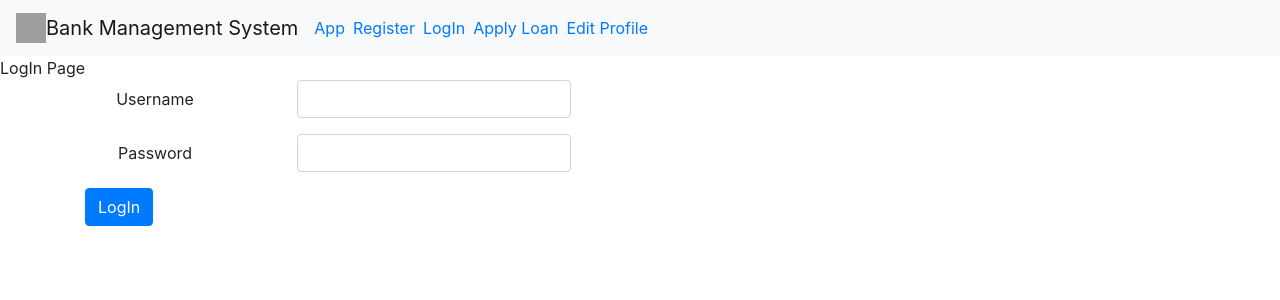
Repository: Nilkumar-Sharma/Bank-Management-System-Frontend-React
Page: /login
An editor plug-in stored every save of this project. The page is shown before and after the next save, followed by the edit.
The browser window is 1280 px wide. The pictures show the whole page.
Pictures or frames that could not be fetched are drawn as grey boxes. The project was rebuilt for these pictures with package versions that can differ from the ones it lists, and the page was loaded fresh each time. Also part of the build but not shown: src/App.css, src/Counter/Counter.js, src/App.js, src/components/Register/Register.module.scss, src/components/Register/Register.js, src/components/LogIn/LogIn.module.scss, src/components/Loan/Loan.module.scss, src/components/Loan/Loan.js and 1 more.

Above is the page before, as saved 2020-07-28 13:47:52.

After the next save:
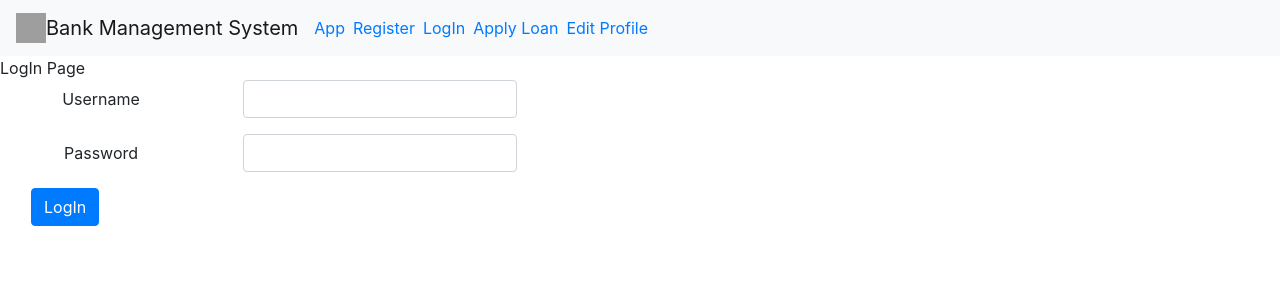
Saved 13 s later.
--- a/src/components/LogIn/LogIn.js
+++ b/src/components/LogIn/LogIn.js
@@ -17,7 +17,7 @@
     render() {
         return (<div>
             LogIn Page
-            <div className="container auto-margin">
+            <div className="container ml-3">
                 {/* <InputField Label="Name"></InputField> */}
                 <InputField Label="Username"></InputField>
                 <InputField Label="Password"></InputField>

After the save that followed:
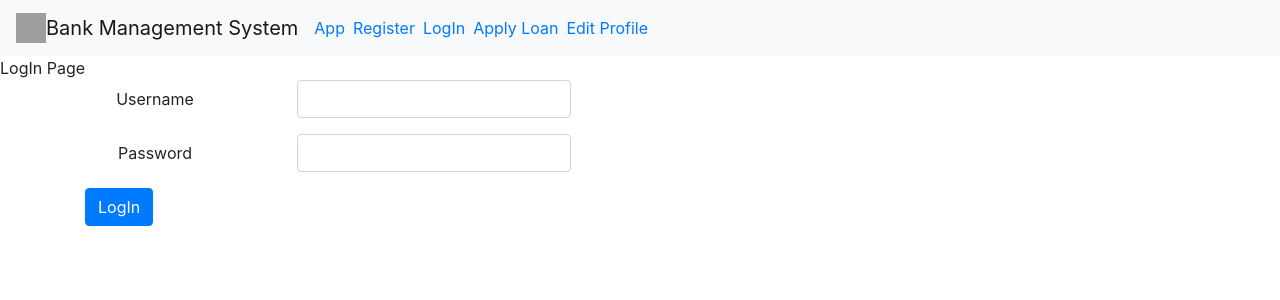
Saved 5 s later.
--- a/src/components/LogIn/LogIn.js
+++ b/src/components/LogIn/LogIn.js
@@ -17,7 +17,7 @@
     render() {
         return (<div>
             LogIn Page
-            <div className="container ml-3">
+            <div className="container ">
                 {/* <InputField Label="Name"></InputField> */}
                 <InputField Label="Username"></InputField>
                 <InputField Label="Password"></InputField>
